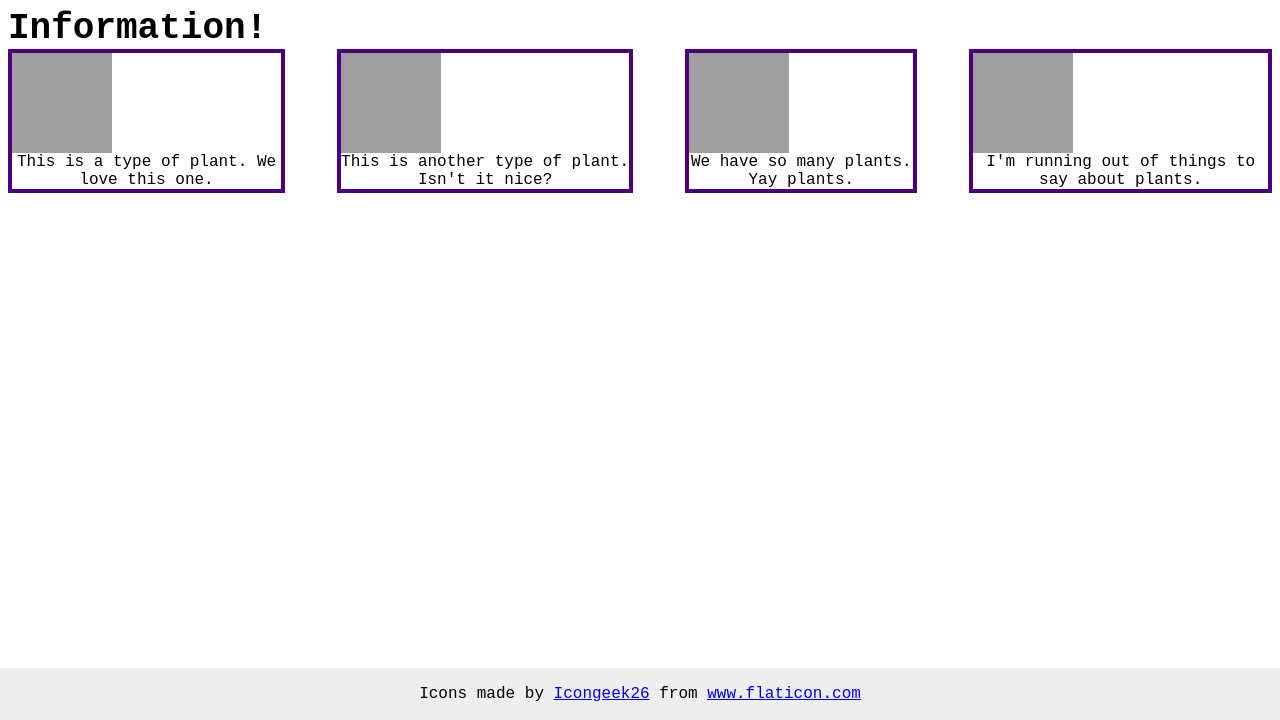
Repository: bbrockbrown/css-exercises
Page: flex/04-flex-information/index.html
An editor plug-in stored every save of this project. The page is shown before and after the next save, followed by the edit.
The browser window is 1280 px wide. The pictures show the whole page.
Pictures or frames that could not be fetched are drawn as grey boxes.

Above is the page before, as saved 2024-07-21 17:33:20.

After the next save:
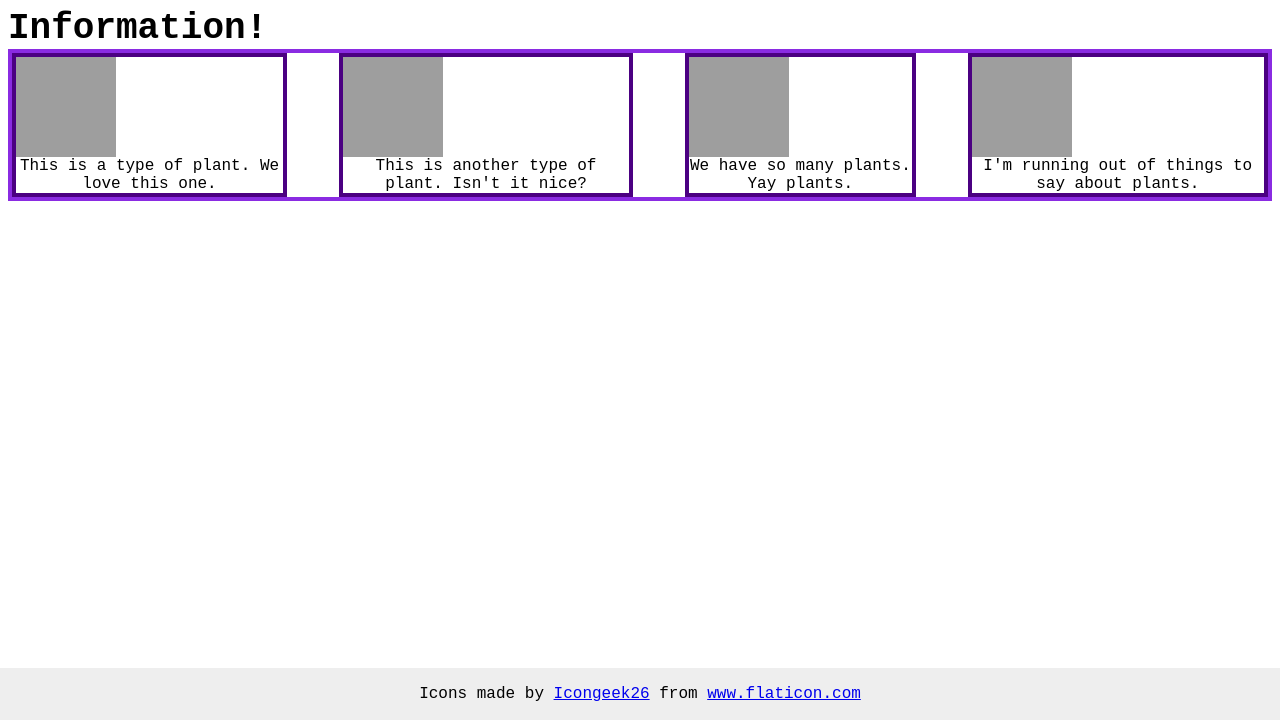
Saved 11 s later.
--- a/flex/04-flex-information/style.css
+++ b/flex/04-flex-information/style.css
@@ -17,6 +17,7 @@ img {
   display: flex;
   justify-content: center;
   gap: 52px;
+  border: 4px solid blueviolet;
 }
 
 .img-1, .img-2, .img-3, .img-4 {
